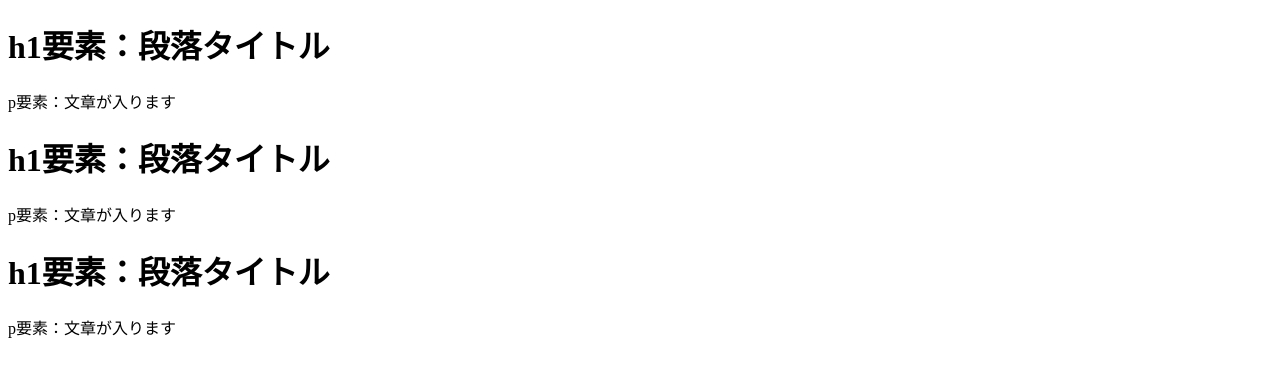
Repository: mogmogpasta/samurai_HTML-CSS
Page: training.html
The author's editor kept a record of every edit. The page is drawn from the files as they stood at one moment, then again after the next edit.
The browser window is 1280 px wide. The pictures show the whole page.

Above is the page before.

### training.html
<!DOCTYPE html>
<html lang="ja">
<head>
    <meta charset="UTF-8">
    <title>HTML/CSSの学習</title>
</head>
<body>
    <h1>h1要素：段落タイトル</h1>
        <p>p要素：文章が入ります</p>
    <h1>h1要素：段落タイトル</h1>
        <p>p要素：文章が入ります</p>
    <h1>h1要素：段落タイトル</h1>
        <p>p要素：文章が入ります</p>
</body>
</html>

After the next edit:
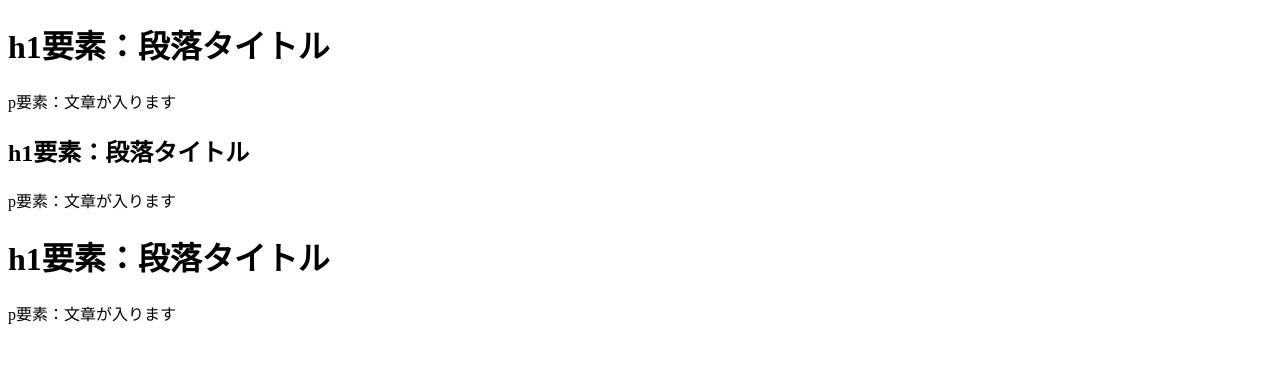
The edit:
--- a/training.html
+++ b/training.html
@@ -7,7 +7,7 @@
 <body>
     <h1>h1要素：段落タイトル</h1>
         <p>p要素：文章が入ります</p>
-    <h1>h1要素：段落タイトル</h1>
+    <h2>h1要素：段落タイトル</h1>
         <p>p要素：文章が入ります</p>
     <h1>h1要素：段落タイトル</h1>
         <p>p要素：文章が入ります</p>
